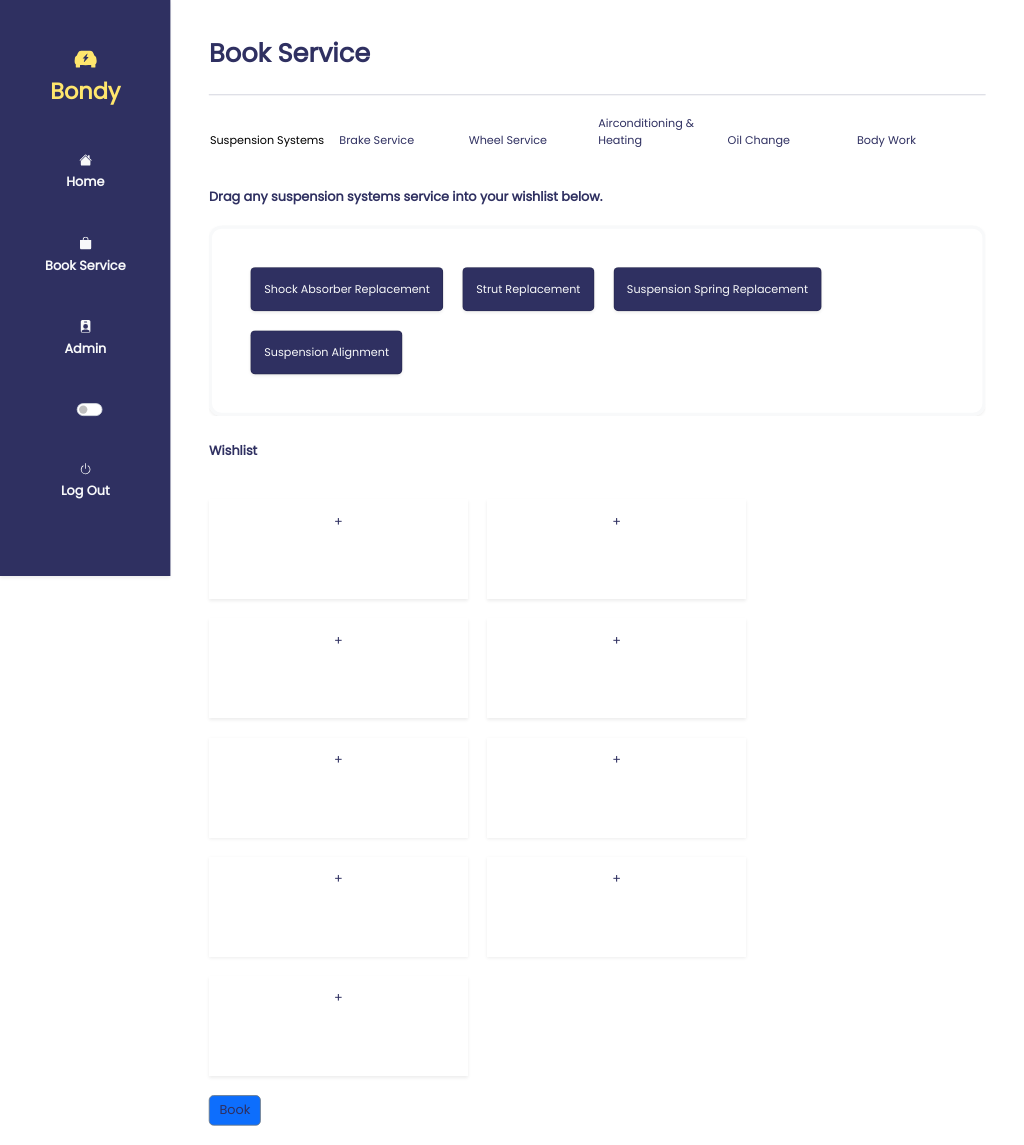
Repository: duzzisantos/bondy
Page: /book-service
The author's editor kept a copy of each file at every save. The page is drawn from the files as they stood at one save, then again after the next save.
The browser window is 1280 px wide. The pictures show the whole page, at 80% of full size.
Some web libraries are served in a nearby version. The project was rebuilt for these pictures with package versions that can differ from the ones it lists, and the page was loaded fresh each time. Also part of the build but not shown: src/components/Home/LandingPage.scss, src/components/Home/LandingPageScrollContainer.tsx, src/components/Home/TrendingServices.tsx, src/views/LandingPage.tsx, src/components/Services/Services.scss, src/components/Services/ServiceTemplate.tsx, src/views/Services.tsx.

Above is the page before, as saved 2023-06-26 22:09:21.

### public/index.html
<!DOCTYPE html>
<html lang="en">
  <head>
    <meta charset="utf-8" />
    <link rel="icon" href="%PUBLIC_URL%/favicon.ico" />
    <meta name="viewport" content="width=device-width, initial-scale=1" />
    <meta name="theme-color" content="#000000" />
    <meta
      name="description"
      content="Web site created using create-react-app"
    />
    <link rel="apple-touch-icon" href="%PUBLIC_URL%/logo192.png" />
    <!-- Option 1: Include in HTML -->
    <link
      rel="stylesheet"
      href="https://cdn.jsdelivr.net/npm/bootstrap-icons@1.3.0/font/bootstrap-icons.css"
    />
    <link rel="preconnect" href="https://fonts.googleapis.com" />
    <link rel="preconnect" href="https://fonts.gstatic.com" crossorigin />
    <!--
      manifest.json provides metadata used when your web app is installed on a
      user's mobile device or desktop. See https://developers.google.com/web/fundamentals/web-app-manifest/
    -->
    <link rel="manifest" href="%PUBLIC_URL%/manifest.json" />
    <!--
      Notice the use of %PUBLIC_URL% in the tags above.
      It will be replaced with the URL of the `public` folder during the build.
      Only files inside the `public` folder can be referenced from the HTML.

      Unlike "/favicon.ico" or "favicon.ico", "%PUBLIC_URL%/favicon.ico" will
      work correctly both with client-side routing and a non-root public URL.
      Learn how to configure a non-root public URL by running `npm run build`.
    -->
    <title>Bondy</title>
  </head>
  <body>
    <noscript>You need to enable JavaScript to run this app.</noscript>
    <div id="root"></div>
    <!--
      This HTML file is a template.
      If you open it directly in the browser, you will see an empty page.

      You can add webfonts, meta tags, or analytics to this file.
      The build step will place the bundled scripts into the <body> tag.

      To begin the development, run `npm start` or `yarn start`.
      To create a production bundle, use `npm run build` or `yarn build`.
    -->
  </body>
</html>

### src/index.js
import React from "react";
import ReactDOM from "react-dom/client";
import "./index.css";
import App from "./App";
import "bootstrap/dist/css/bootstrap.min.css";
import { BrowserRouter as Router } from "react-router-dom";

const root = ReactDOM.createRoot(document.getElementById("root"));
root.render(
  <React.StrictMode>
    <Router>
      <App />
    </Router>
  </React.StrictMode>
);

### src/App.js
import "./App.css";
import "bootstrap";
import SideBar from "./components/Navigation/SideBar";
import { Routes, Route } from "react-router-dom";
import LandingPage from "./views/LandingPage";
import Services from "./views/Services";
import BookService from "./views/BookService";
function App() {
  return (
    <div className="App d-flex flex-row flex-nowrap vh-100">
      <SideBar />
      <main className="col-12 ms-auto d-flex flex-column vh-100">
        <Routes>
          <Route path="/" element={<LandingPage />} />
          <Route path="/home" element={<LandingPage />} />
          <Route path="services/:category" element={<Services />} />
          <Route path="book-service" element={<BookService />} />
        </Routes>
      </main>
    </div>
  );
}

export default App;

### src/App.css
@import url("https://fonts.googleapis.com/css2?family=Cabin&family=Montserrat:wght@200&family=Poppins&display=swap");

* {
  font-family: "Poppins", sans-serif;
}
.App {
  text-align: center;
}

.custom-color {
  color: #2f3061 !important;
}

.custom-bg-color {
  background-color: #2f3061 !important;
}

.custom-border {
  border: 1px solid #2f3061;
}

.custom-border-5 {
  border-right-style: solid !important;
  border-right-width: 8px !important;
  border-right-color: #2f3061 !important;
}

.image-height {
  height: fit-content;
  width: fit-content;
}

.chosen-services {
  height: 125px !important;
}

button[role="tab"] {
  border: 1px solid transparent !important;
  color: #2f3061;
  font-size: 14px;
  text-align: start;
  padding: 0;
}

button[role="tab"]:focus {
  text-decoration: underline !important;
  text-decoration-color: #ffe66d !important;
  text-decoration-thickness: 5px !important;
  text-underline-offset: 10px !important;
}

button[role="tab"]:hover {
  color: #2f3061;
}

### src/components/Navigation/SideBar.tsx
import React, { FunctionComponent, useState } from "react";
import "react-bootstrap";
import "../../App.css";
import "./Navigation.scss";
import { Link } from "react-router-dom";
import {
  HouseFill,
  BagFill,
  PersonBadgeFill,
  Power,
  EvFrontFill,
  // MenuButtonWideFill,
  SunFill,
  MoonFill,
} from "react-bootstrap-icons";

const SideBar: FunctionComponent = () => {
  //Refactor this
  const [hoverHome, setHoverHome] = useState(false);
  // const [hoverServices, setHoverServices] = useState(false);
  const [hoverBookService, setHoverBookService] = useState(false);
  const [hoverAdmin, setHoverAdmin] = useState(false);
  const [hoverLogout, setHoverLogout] = useState(false);

  const commonLinkClasses = `d-flex flex-column justify-content-center align-items-center p-1 gap-2 brand-icon-color
   text-decoration-none fw-bold`;

  return (
    <div className="col-2 vh-100 custom-bg-color shadow-sm p-5 text-light d-flex flex-column vstack gap-5 sidebar-fixed">
      <Link to={"/"} className={commonLinkClasses + " fs-3"}>
        <span>
          <EvFrontFill className="brand-icon-color" /> Bondy
        </span>
      </Link>
      <Link
        to={"/home"}
        id="home"
        className={`d-flex flex-column justify-content-center align-items-center p-1 gap-2 text-decoration-none fw-bold ${
          hoverHome ? "brand-icon-color" : "text-light"
        }`}
        onMouseEnter={() => setHoverHome(true)}
        onMouseLeave={() => setHoverHome(false)}
        title="Home"
      >
        <HouseFill />
        Home
      </Link>

      <Link
        to={"/book-service"}
        id="book-service"
        className={`d-flex flex-column justify-content-center align-items-center p-1 gap-2 text-decoration-none fw-bold ${
          hoverBookService ? "brand-icon-color" : "text-light"
        }`}
        onMouseEnter={() => setHoverBookService(true)}
        onMouseLeave={() => setHoverBookService(false)}
        title="Book Service"
      >
        <BagFill />
        Book Service
      </Link>

      <Link
        to={"/admin"}
        id="admin"
        className={`d-flex flex-column justify-content-center align-items-center p-1 gap-2 text-decoration-none fw-bold ${
          hoverAdmin ? "brand-icon-color" : "text-light"
        }`}
        onMouseEnter={() => setHoverAdmin(true)}
        onMouseLeave={() => setHoverAdmin(false)}
        title="Admin"
      >
        <PersonBadgeFill />
        Admin
      </Link>

      <div className="form-check form-switch px-5 d-flex flex-row flex-nowrap">
        <SunFill className="mx-auto mt-1" />
        <input
          className="form-check-input mx-auto"
          type="checkbox"
          role="switch"
          id="flexSwitchCheckChecked"
          title="Switch display mode"
        />
        <MoonFill className="mx-auto mt-1" />
      </div>

      <Link
        to={"/logout"}
        id="logout"
        className={`d-flex flex-column justify-content-center align-items-center p-1 gap-2 text-decoration-none fw-bold ${
          hoverLogout ? "brand-icon-color" : "text-light"
        }`}
        onMouseEnter={() => setHoverLogout(true)}
        onMouseLeave={() => setHoverLogout(false)}
        title="Logout"
      >
        <Power />
        Log Out
      </Link>
    </div>
  );
};

export default SideBar;

### src/views/BookService.tsx
import React, { FunctionComponent } from "react";

import { Tabs, Tab, Card } from "react-bootstrap";
import BookingForm from "src/components/Services/BookingForm";
import DragDropTarget from "src/components/Services/DragDropTarget";
import { mockServiceData } from "src/data/mockData";
import useBookService from "src/hooks/useBookService";
const BookService: FunctionComponent = () => {
  const handleDragStart = (event: any) => {
    event.dataTransfer.setData("Text", event.target.id);
  };

  const handleDragOver = (event: any) => {
    event.preventDefault();
  };

  const handleDrop = (event: any) => {
    event.preventDefault();
    const data = event.dataTransfer.getData("Text");
    event.target.appendChild(document.getElementById(data));
  };

  //call custom hook

  const {
    wishListOne,
    wishListTwo,
    wishListThree,
    wishListFour,
    wishListFive,
    wishListSix,
    changeOne,
    changeTwo,
    changeThree,
    changeFour,
    changeFive,
    changeSix,
  } = useBookService("");

  return (
    <div className="col-10 px-5 pt-5 py-5 ms-auto vh-100 vstack gap-2 d-flex flex-column custom-color">
      <h2 className="text-start fw-bold">Book Service</h2>
      <hr />
      <div className="vstack gap-5">
        <Tabs justify className={`fs-6 border-0 align-items-end`}>
          {mockServiceData.map((element, index) => (
            <Tab
              key={index}
              eventKey={`${element.category}`}
              title={element.category}
              className={`border-0 text-start overflow-x-auto`}
            >
              <span>
                <strong>
                  Drag any {element.category.toLowerCase()} service into your
                  wishlist below.
                </strong>
              </span>
              <div
                className="d-flex flex-row flex-wrap hstack gap-4 py-5 px-5 mt-4 border border-4 border-light shadow-sm rounded-4"
                id="drop-target"
                onDrop={handleDrop}
                onDragOver={handleDragOver}
              >
                {Object.values(element.images).map((item, i) => (
                  <Card
                    key={i}
                    className="p-3 shadow-sm text-light custom-bg-color draggable-cards"
                    draggable="true"
                    id={item.serviceName + "drag-target"}
                    onDragStart={handleDragStart}
                  >
                    <small>{item.serviceName}</small>
                  </Card>
                ))}
              </div>
            </Tab>
          ))}
        </Tabs>
      </div>
      <div className="text-start py-4">
        <span>
          <strong>Wishlist</strong>
        </span>
        <div className="hstack gap-4 mt-4 py-4 d-flex flex-row flex-wrap">
          {[1, 2, 3, 4, 5, 6, 7, 8, 9].map((element) => (
            <DragDropTarget
              key={element}
              uniqueID={`drop-target-${element}`}
              children={"+"}
              handleDrop={handleDrop}
              handleDragOver={handleDragOver}
            />
          ))}
        </div>
        <>
          <BookingForm
            wishListOne={wishListOne}
            wishListTwo={wishListTwo}
            wishListThree={wishListThree}
            wishListFour={wishListFour}
            wishListFive={wishListFive}
            wishListSix={wishListSix}
            setWishlistOne={changeOne}
            setWishListTwo={changeTwo}
            setWishListThree={changeThree}
            setWishListFour={changeFour}
            setWishListFive={changeFive}
            setWishListSix={changeSix}
            handleSubmit={() => console.log("LOOOL")}
          />
        </>
      </div>
    </div>
  );
};

export default BookService;

### src/components/Navigation/Navigation.scss
.brand-icon-color {
  color: #ffe66d !important;
}

.sidebar-fixed {
  position: fixed !important;
}

### src/components/Home/landingPageContent.tsx
import React from "react";
import {
  Gear,
  GearWideConnected,
  WrenchAdjustableCircleFill,
  Fan,
  DropletHalf,
  CarFrontFill,
} from "react-bootstrap-icons";
export const servicesList = [
  {
    id: 1,
    category: "Suspension Systems",
    icon: <Gear />,
  },
  {
    id: 2,
    category: "Brake Service",
    icon: <GearWideConnected />,
  },
  {
    id: 3,
    category: "Wheel Service",
    icon: <WrenchAdjustableCircleFill />,
  },
  {
    id: 4,
    category: "Airconditioning & Heating",
    icon: <Fan />,
  },
  {
    id: 5,
    category: "Oil Change",
    icon: <DropletHalf />,
  },
  {
    id: 6,
    category: "Body Work",
    icon: <CarFrontFill />,
  },
];

### src/data/mockData.ts
type Mockdata = {
  category: string;
  description: string;
  contactPerson: any;
  images: any[];
};

export const mockServiceData: Mockdata[] = [
  {
    category: "Suspension Systems",
    description:
      "Improve your vehicle's stability and handling with our professional suspension system services. Our skilled technicians will ensure your suspension is properly tuned and aligned, providing you with a smooth and comfortable ride on any road. Contact us today to schedule an appointment!",
    contactPerson: {
      name: "John Doe",
      email: "john.doe@bondy-shop.net",
      fax: "0099887766",
    },
    images: [
      {
        link: "data:[embedded picture, 15335 characters]",
        serviceName: "Shock Absorber Replacement",
      },
      {
        link: "data:[embedded picture, 11971 characters]",
        serviceName: "Strut Replacement",
      },
      {
        link: "data:[embedded picture, 14759 characters]",
        serviceName: "Suspension Spring Replacement",
      },
      {
        link: "data:[embedded picture, 14759 characters]",
        serviceName: "Suspension Alignment",
      },
    ],
  },
  {
    category: "Brake Service",
    description:
      "Ensure your safety on the road by maintaining reliable brakes. Our experienced mechanics offer comprehensive brake services, including inspections, repairs, and replacements. Don't compromise on braking performance. Reach out to our team today!",
    contactPerson: {
      name: "John Appleseed",
      email: "john.appleseed@bondy-shop.net",
      fax: "0099887766",
    },
    images: [
      {
        link: "data:[embedded picture, 9691 characters]",
        serviceName: "Brake Pad Replacement",
      },
      {
        link: "https://encrypted-tbn0.gstatic.com/images?q=tbn:ANd9GcT0gPAwpGIxBheY71yRWmmRxI0R_JWL3elfJA&usqp=CAU",
        serviceName: "Brake Caliper Replacement",
      },
      {
        link: "https://encrypted-tbn0.gstatic.com/images?q=tbn:ANd9GcQpTpLkB-wcm8bVOOCUjNWxcLhslEygc0F4SQ&usqp=CAU",
        serviceName: "Brake Rotor Resurfacing",
      },
      {
        link: "https://encrypted-tbn0.gstatic.com/images?q=tbn:ANd9GcS7B5752ThTWUqTD9ojL736W_MmtrOqJzZigjK2ykyVyIdXmxxuG062OSKb21H3PUIszcE&usqp=CAU",
        serviceName: "Brake Fluid Flush",
      },
    ],
  },
  {
    category: "Wheel Service",
    description:
      "Experience improved handling and extended tire life with our professional wheel services. From wheel alignment to tire rotation, our technicians will ensure your wheels are in optimal condition. Get in touch with us now for top-notch wheel service!",
    contactPerson: {
      name: "Tracy Wallis",
      email: "tracy.wallis@bondy-shop.net",
      fax: "0099882266",
    },
    images: [
      {
        link: "data:[embedded picture, 12847 characters]",
        serviceName: "Wheel Balancing",
      },
      {
        link: "data:[embedded picture, 9703 characters]",
        serviceName: "Wheel Alignment",
      },
      {
        link: "https://encrypted-tbn0.gstatic.com/images?q=tbn:ANd9GcQaWgpKXJWWJMNxyWTHBldc0A2McFDZTZiD_A&usqp=CAU",
        serviceName: "Tire Rotation",
      },
      {
        link: "data:[embedded picture, 11635 characters]",
        serviceName: "Tire Replacement",
      },
    ],
  },
  {
    category: "Airconditioning & Heating",
    description:
      "Stay comfortable in any weather with our reliable A/C and heating services. Whether it's repairing your air conditioning system or ensuring your heating is working efficiently, our experts have you covered. Contact us today and enjoy a pleasant driving experience!",
    contactPerson: {
      name: "Ekene Olisa",
      email: "ekene.olisa@bondy-shop.net",
      fax: "0099882266",
    },
    images: [
      {
        link: "https://encrypted-tbn0.gstatic.com/images?q=tbn:ANd9GcR3qT08rB2rXOjC3oQ20Ntryrq4xjUyRf3FObIcIRwS_n3qZnJbinZqUyQbtRkV0gXKPyc&usqp=CAU",
        serviceName: "Climate Control Repair",
      },
      {
        link: "data:[embedded picture, 11699 characters]",
        serviceName: "Air Conditioning Inspection",
      },
      {
        link: "https://encrypted-tbn0.gstatic.com/images?q=tbn:ANd9GcQLC1pgYQxu5VTfpPUt2QFXQGFb8zRuRp2LR4Bxb00g63Ke3Jwc4KSCI-0iVZf4_k_n9Dc&usqp=CAU",
        serviceName: "A/C System Recharge",
      },
      {
        link: "https://encrypted-tbn0.gstatic.com/images?q=tbn:ANd9GcRNjd4HJj0lEOeZu-f3T8s1ry-KS_1rUosgTA&usqp=CAU",
        serviceName: "Heater Core Replacement",
      },
    ],
  },
  {
    category: "Oil Change",
    description:
      "Maintain your engine's performance with our quick and efficient oil change service. Our skilled technicians will replace your old oil with high-quality lubricants, ensuring optimal engine function. Don't neglect this essential maintenance task. Visit us today!",
    contactPerson: {
      name: "Obinna Duru",
      email: "obinna.duru@bondy-shop.net",
      fax: "0099882266",
    },
    images: [
      {
        link: "data:[embedded picture, 11747 characters]",

        serviceName: "Regular Oil Change",
      },
      {
        link: "https://encrypted-tbn0.gstatic.com/images?q=tbn:ANd9GcTwVtYiu9dIxaeqwPnZTnIPSYLYPtnAoV7nEg&usqp=CAU",
        serviceName: "Synthetic Oil Change",
      },
      {
        link: "https://encrypted-tbn0.gstatic.com/images?q=tbn:ANd9GcR6bklbDJEUkqi58MQCfsBcIx8dWo8wNezHMg&usqp=CAU",
        serviceName: "Oil Filter Replacement",
      },
      {
        link: "https://encrypted-tbn0.gstatic.com/images?q=tbn:ANd9GcTQFEl0Sa_h9Yl5KELgGxtqDLDgbaS3F-UlYg&usqp=CAU",
        serviceName: "Fluid Check and Top-Up",
      },
    ],
  },
  {
    category: "Body Work",
    description:
      "Restore your vehicle's appearance to its former glory with our top-notch body repair services. From minor dents to major collision repairs, our expert technicians will skillfully restore your vehicle. Trust us to deliver exceptional results. Contact us for a consultation!",
    contactPerson: {
      name: "Emily Okafor",
      email: "emily.okafor@bondy-shop.net",
      fax: "0099882266",
    },
    images: [
      {
        link: "data:[embedded picture, 12547 characters]",
        serviceName: "Dent Repair",
      },
      {
        link: "data:[embedded picture, 10815 characters]",
        serviceName: "Collision Repair",
      },
      {
        link: "data:[embedded picture, 11667 characters]",
        serviceName: "Painting",
      },
      {
        link: "data:[embedded picture, 10083 characters]",
        serviceName: "Panel Replacement",
      },
    ],
  },
];

### src/components/Services/BookingForm.tsx
import React, { FunctionComponent } from "react";

import { Button, Form, FormControl } from "react-bootstrap";

interface FormValues {
  wishListOne: string;
  wishListTwo: string;
  wishListThree: string;
  wishListFour: string;
  wishListFive: string;
  wishListSix: string;
  setWishlistOne: any;
  setWishListTwo: any;
  setWishListThree: any;
  setWishListFour: any;
  setWishListFive: any;
  setWishListSix: any;
  handleSubmit: any;
}
const BookingForm: FunctionComponent<FormValues> = ({
  wishListFive,
  wishListFour,
  wishListOne,
  wishListSix,
  wishListThree,
  wishListTwo,
  setWishListFive,
  setWishListFour,
  setWishListSix,
  setWishListThree,
  setWishListTwo,
  setWishlistOne,
  handleSubmit,
}) => {
  return (
    <Form>
      <div className="d-none">
        <FormControl
          name={wishListOne}
          id={wishListOne}
          value={wishListOne}
          onChange={(e: any) => setWishlistOne(e.target.value)}
          onSubmit={handleSubmit}
        />
        <FormControl
          name={wishListTwo}
          id={wishListTwo}
          value={wishListTwo}
          onChange={(e: any) => setWishListTwo(e.target.value)}
        />
        <FormControl
          name={wishListThree}
          id={wishListThree}
          value={wishListThree}
          onChange={(e: any) => setWishListThree(e.target.value)}
        />
        <FormControl
          name={wishListFour}
          id={wishListFour}
          value={wishListFour}
          onChange={(e: any) => setWishListFour(e.target.value)}
        />
        <FormControl
          name={wishListFive}
          id={wishListFive}
          value={wishListFive}
          onChange={(e: any) => setWishListFive(e.target.value)}
        />
        <FormControl
          name={wishListSix}
          id={wishListSix}
          value={wishListSix}
          onChange={(e: any) => setWishListSix(e.target.value)}
        />
      </div>
      <Button
        type="submit"
        className="btn btg-transparent border-secondary custom-color"
      >
        Book
      </Button>
    </Form>
  );
};

export default BookingForm;

### src/components/Services/DragDropTarget.tsx
import React, { FunctionComponent } from "react";

interface Props {
  uniqueID: string;
  handleDrop: any;
  handleDragOver: any;
  children: any;
}

const DragDropTarget: FunctionComponent<Props> = ({
  children,
  uniqueID,
  handleDrop,
  handleDragOver,
}) => {
  return (
    <div
      className="p-3 col-md-4 chosen-services shadow-sm text-center"
      id={uniqueID}
      onDrop={handleDrop}
      onDragOver={handleDragOver}
    >
      {children}
    </div>
  );
};

export default DragDropTarget;

### src/hooks/useBookService.ts
import { useState } from "react";

const useBookService = (init: string) => {
  const [wishListOne, setWishListOne] = useState(init);
  const [wishListTwo, setWishListTwo] = useState(init);
  const [wishListThree, setWishListThree] = useState(init);
  const [wishListFour, setWishListFour] = useState(init);
  const [wishListFive, setWishListFive] = useState(init);
  const [wishListSix, setWishListSix] = useState(init);

  const changeOne = (e: any) => {
    setWishListOne(e.target.value);
  };

  const changeTwo = (e: any) => {
    setWishListTwo(e.target.value);
  };

  const changeThree = (e: any) => {
    setWishListThree(e.target.value);
  };

  const changeFour = (e: any) => {
    setWishListFour(e.target.value);
  };

  const changeFive = (e: any) => {
    setWishListFive(e.target.value);
  };

  const changeSix = (e: any) => {
    setWishListSix(e.target.value);
  };

  return {
    wishListFive,
    wishListFour,
    wishListSix,
    wishListThree,
    wishListTwo,
    wishListOne,
    changeFive,
    changeFour,
    changeSix,
    changeThree,
    changeTwo,
    changeOne,
  };
};

export default useBookService;

Loaded but not shown: src/index.css (common file)

After the next save:
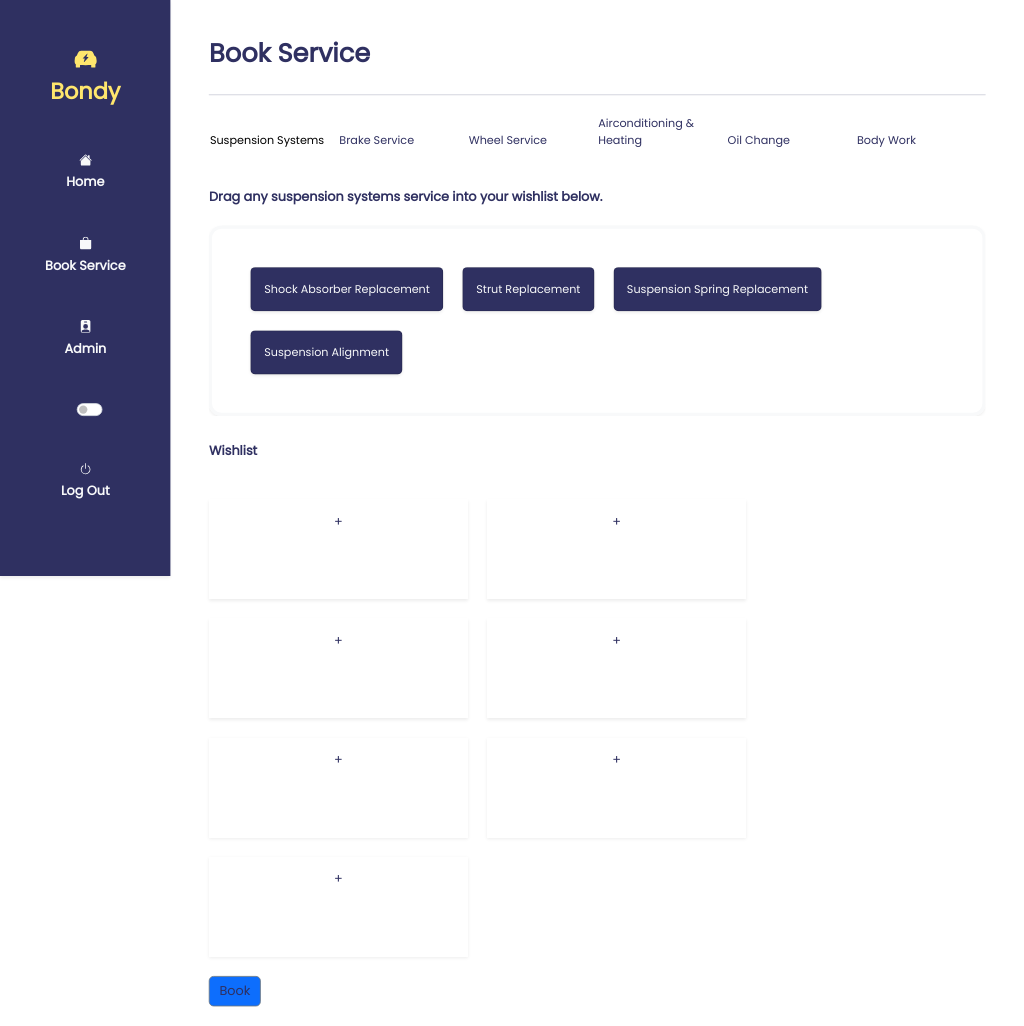
Saved 8 s later.
--- a/src/views/BookService.tsx
+++ b/src/views/BookService.tsx
@@ -83,7 +83,7 @@ const BookService: FunctionComponent = () => {
           <strong>Wishlist</strong>
         </span>
         <div className="hstack gap-4 mt-4 py-4 d-flex flex-row flex-wrap">
-          {[1, 2, 3, 4, 5, 6, 7, 8, 9].map((element) => (
+          {[1, 2, 3, 4, 5, 6, 7].map((element) => (
             <DragDropTarget
               key={element}
               uniqueID={`drop-target-${element}`}
